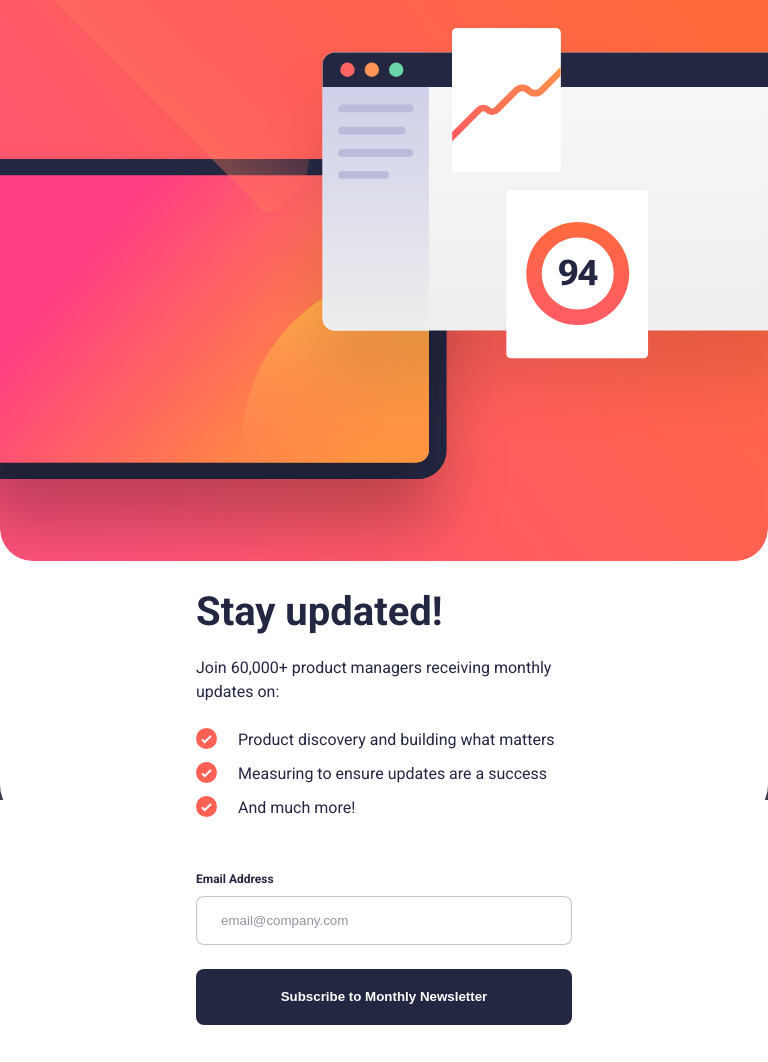
Repository: brandontaylor1/newsletter-signup
Page: index.html
These files come from the project's save history. The page is drawn as it stood at one moment and after the next save; the edit follows.
The browser window is 768 px wide. The pictures show the whole page.

Above is the page before, as saved 2025-01-20 08:54:43.

### index.html
<!DOCTYPE html>
<html lang="en">
<head>
    <meta charset="UTF-8">
    <meta name="viewport" content="width=device-width, initial-scale=1.0">
    <link rel="preconnect" href="https://fonts.googleapis.com">
    <link rel="preconnect" href="https://fonts.gstatic.com" crossorigin>
    <link href="https://fonts.googleapis.com/css2?family=Roboto:ital,wght@0,100..900;1,100..900&display=swap" rel="stylesheet">
    <link rel="stylesheet" href="styles.css">
    <title>Newsletter Sign Up</title>
</head>
<body>
    <main class="container">
        <div class="card">
            <div class="card-content">
                <div class="card-content-text">
                    <h1>Stay updated!</h1>
                    <p>Join 60,000+ product managers receiving monthly updates on: </p>
                    <ul class="card-content-list">
                        <div class="list-item">
                            <img src="./assets/images/icon-list.svg" alt="list-image1">
                            <li>Product discovery and building what matters</li>
                        </div>
                        <div class="list-item">
                            <img src="./assets/images/icon-list.svg" alt="list-image2">
                            <li>Measuring to ensure updates are a success</li>
                        </div>
                        <div class="list-item">
                            <img src="./assets/images/icon-list.svg" alt="list-image3">
                            <li>And much more!</li>
                        </div>
                    </ul>
                    <form id="form">
                        <div>
                            <div class="label-content">
                                <label for="email" id="email-label">Email Address</label><br>
                                <span id="email-error" class="error-message"></span>
                            </div>
                            <input type="text" id="email" name="email" placeholder="email@company.com">
                        </div>
                        <button class="submit-btn">Subscribe to Monthly Newsletter</button>
                    </form>
                </div>
            </div>
            <div class="card-image">
                <img src="./assets/images/illustration-sign-up-desktop.svg" class="responsive-image" alt="desktop image">
            </div>
        </div>
    </main>


    <script type="text/javascript" src="https://unpkg.com/validator.tool/dist/validator.min.js"></script>
    <script src="index.js"></script>
</body>
</html>

### styles.css
* {
    margin: 0;
    padding: 0;
    box-sizing: border-box;
}

:root {
    /* COLORS */

    --primary-color-tomato: hsl(4, 100%, 67%);
    --neutral-color-white: hsl(0, 0%, 100%);
    --neutral-color-darkGray: hsl(234, 29%, 20%);
    --neutral-color-charcoalGray: hsl(235, 18%, 26%);
    --neutral-color-gray: hsl(231, 7%, 60%);

    /* FONTS */
    --fontWeight-regular: 400;
    --fontWeight-heavy: 700;
}

body {
    font-family: "Roboto", sans-serif;
    font-size: 16px;
    line-height: 1.5;
}

.container {
    width: 100%;
    height: 100vh;
    background-color: var(--neutral-color-charcoalGray);
    display: flex;
    justify-content: center;
    align-items: center;
}

.card {
    height: 641px;
    width: 928px;
    background-color: var(--neutral-color-white);
    border-radius: 36px;
    display: grid;
    grid-template-columns: 1fr auto;
    grid-template-rows: 1fr;
    padding: 24px;
}

.card-content {
    display: flex;
    flex-direction: column;
    justify-content: center;
    align-items: center;
    padding: 40px;
    order: 1;

}

.card-image {
    order: 2;
}

.card-content-text {
    height: 446px;
    width: 376px;
    display: flex;
    flex-direction: column;
    align-items: left;
}

.card-content h1 {
    color: var(--neutral-color-darkGray);
    font-feature-settings: 'liga' off, 'clig' off;

    /* Heading */
    font-family: Roboto;
    font-size: 56px;
    font-style: normal;
    font-weight: 700;
    line-height: 100%; /* 56px */
}

.card-content p {
    padding: 24px 0;
    color: var(--neutral-color-darkGray);
    font-size: 16px;
    font-weight: 400;
    line-height: 150%; /* 24px */
    font-family: "Roboto", sans-serif;
}

.card-content-list {
    list-style-type: none;
}

.card-content-list li {
    margin-left: 21px;
    padding-bottom: 10px;
    color: var(--neutral-color-darkGray);
    font-family: Roboto;
    font-size: 16px;
    font-style: normal;
    font-weight: 400;
    line-height: 150%; /* 24px */
}

.list-item {
    width: 100%;
    height: 24px;
    display: flex;
    margin-bottom: 10px;
}

.list-item img {
    height: 21px;
    width: 21px;
}

#form {
    margin-top: 40px;
}

label {
    color: var(--Dark-Navy, #242742);
    font-family: Roboto;
    font-size: 12px;
    font-style: normal;
    font-weight: 700;
    line-height: 150%; /* 18px */
    margin-bottom: 8px;
}


.label-content {
    display: flex;
    justify-content: space-between;
    align-items: center;
}

#email-error {
    color: var(--primary-color-tomato);
    font-family: Roboto;
    font-size: 12px;
    font-style: normal;
    font-weight: 700;
    line-height: 150%; /* 18px */
}


#email {
    width: 100%;
    border-radius: 8px;
    border: 1px solid var(--grey-25, rgba(25, 24, 43, 0.25));
    padding: 16px 24px;
}

#email::placeholder {
    color: var(--neutral-color-gray);
}

.submit-btn {
    margin-top: 24px;
    width: 100%;
    height: 56px;
    padding: 16px 71px;
    border-radius: 8px;
    font-weight: 700;
    border: none;
    background: var(--neutral-color-darkGray);
    color: var(--neutral-color-white);
    cursor: pointer;
}

.submit-btn:hover {
    border-radius: 8px;
    background: var(--Gradient-1, linear-gradient(204deg, #FF6A3A 0%, #FF527B 100%));
    box-shadow: 0px 16px 32px 0px rgba(255, 97, 85, 0.50);
    cursor: pointer;
    transition: all 0.3s ease;
}

.card-image img {
    object-fit: contain;
    width: 400px;
}

.responsive-image {
    content: url("./assets/images/illustration-sign-up-desktop.svg")
}

/* Responsive */

@media screen and (max-width: 800px) {
    .card {
        grid-template-columns: 1fr;
        grid-template-rows: auto 1fr;
    }

    .responsive-image {
        content: url("./assets/images/illustration-sign-up-mobile.svg");
        width: 375px;
    }

    .card {
        padding: 0;
        width: 100%;
        height: 842px;
    }

    .card-content {
        order: 2;
        padding: 24px 16px;
    }



    .card-content-text h1 {
        color: var(--Dark-Navy, #242742);
        font-family: Roboto;
        font-size: 40px;
        font-style: normal;
        font-weight: 700;
        line-height: 100%; /* 40px */
    }

    .card-image {
        order: 1;
    }

    .card-image img {
        object-fit: cover;
        width: 100%;

    }

}

### index.js
const form = document.querySelector('form');

const validateEmail = (email) => {
    const re = /^[^\s@]+@[^\s@]+\.[^\s@]+$/;
    return re.test(String(email).toLowerCase());
};

form.onsubmit = (e) => {
    e.preventDefault();
    const email = document.getElementById('email').value;
    const emailErrorElement = document.getElementById('email-error');
    let isValid = true;

    if (!validateEmail(email)) {
        emailErrorElement.textContent = 'Valid Email Required!';
        isValid = false;
    } else {
        emailErrorElement.textContent = '';
    }

    if (isValid) {
        // No errors, proceed with form submission
        const values = { email };
        console.log(values);
        form.reset();
        window.location.href = 'success.html';
    }
};

form.onreset = (evn) => {
    // Clear error messages
    document.querySelectorAll('.error-message').forEach(el => el.textContent = '');
};

After the next save:
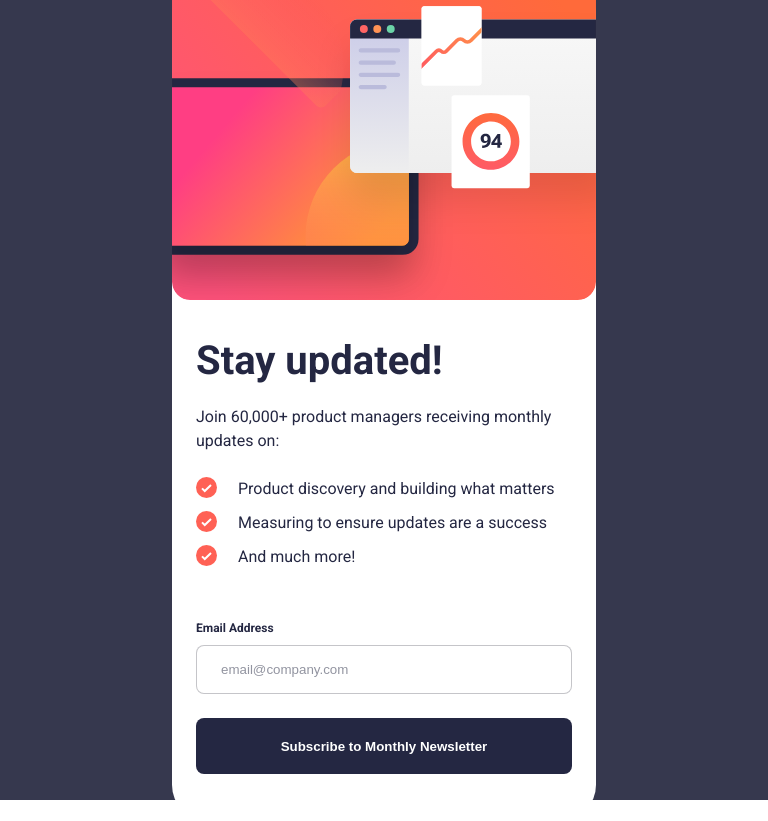
Saved 29 s later.
--- a/styles.css
+++ b/styles.css
@@ -196,18 +196,18 @@ label {
 
     .responsive-image {
         content: url("./assets/images/illustration-sign-up-mobile.svg");
-        width: 375px;
+        width: 100%;
     }
 
     .card {
         padding: 0;
-        width: 100%;
+        width: auto;
         height: 842px;
     }
 
     .card-content {
         order: 2;
-        padding: 24px 16px;
+        padding: 0 24px 0 24px;
     }
 
 
